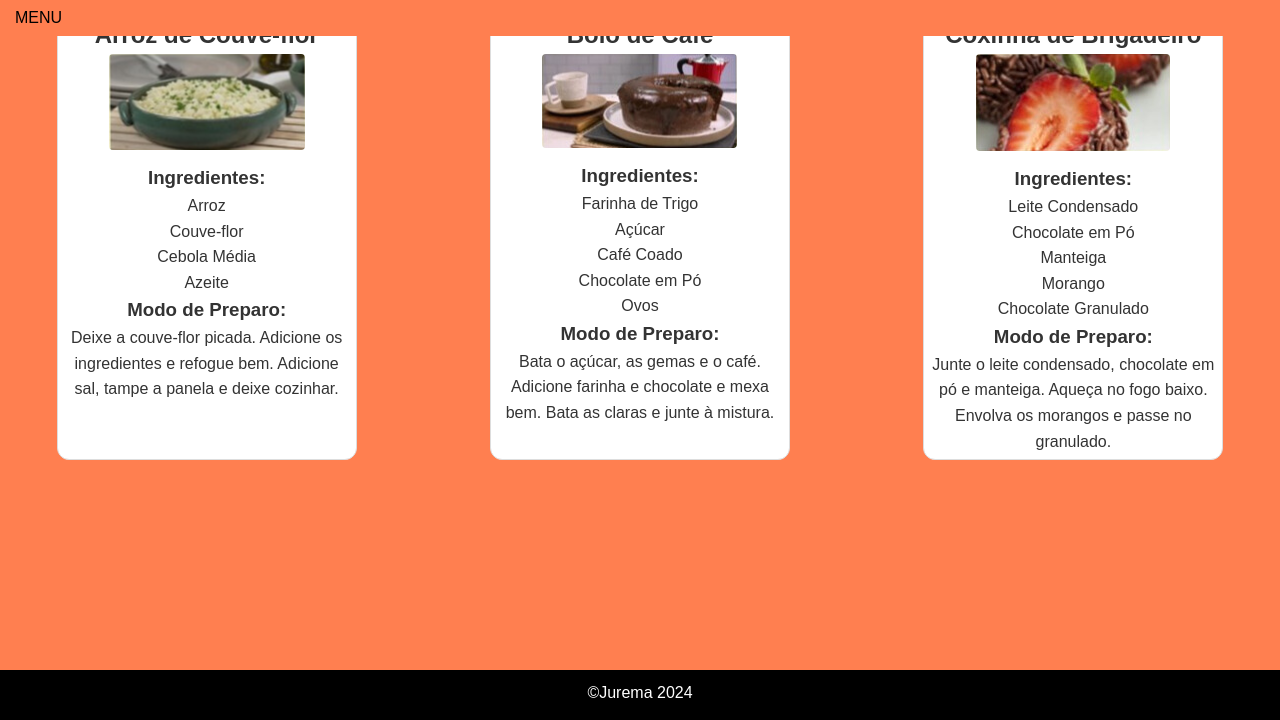
Repository: devropaes/RECEITAS
Page: OneDrive/Área de Trabalho/Estudos/Estácio/receitas/receitas.html
An editor plug-in stored every save of this project. The page is shown before and after the next save, followed by the edit.
The browser window is 1280 px wide. The pictures show the whole page.

Above is the page before, as saved 2024-03-15 10:44:54.

After the next save:
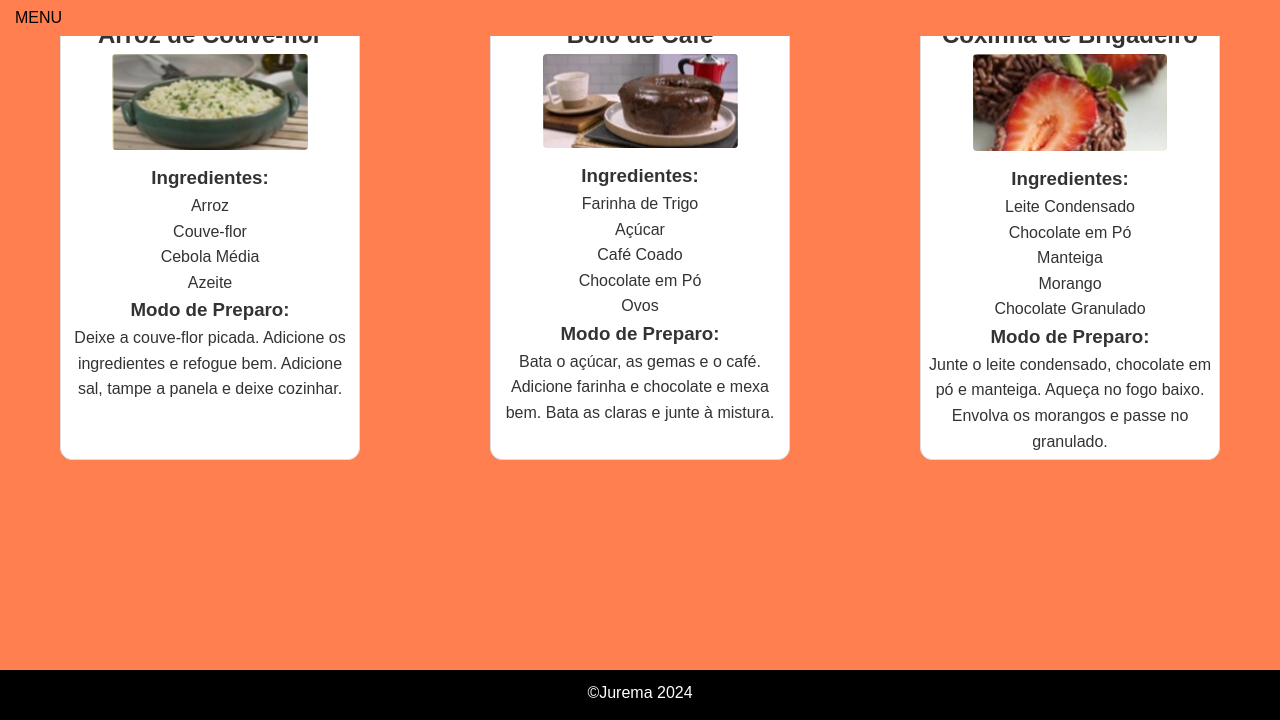
Saved 11 s later.
--- a/OneDrive/Área de Trabalho/Estudos/Estácio/receitas/receitas.css
+++ b/OneDrive/Área de Trabalho/Estudos/Estácio/receitas/receitas.css
@@ -9,7 +9,7 @@
 .receitas-container {
     display: flex;
     flex-wrap: wrap;
-    gap: 40px;
+    gap: 30px;
     justify-content:space-around;
 }
 .receita {
